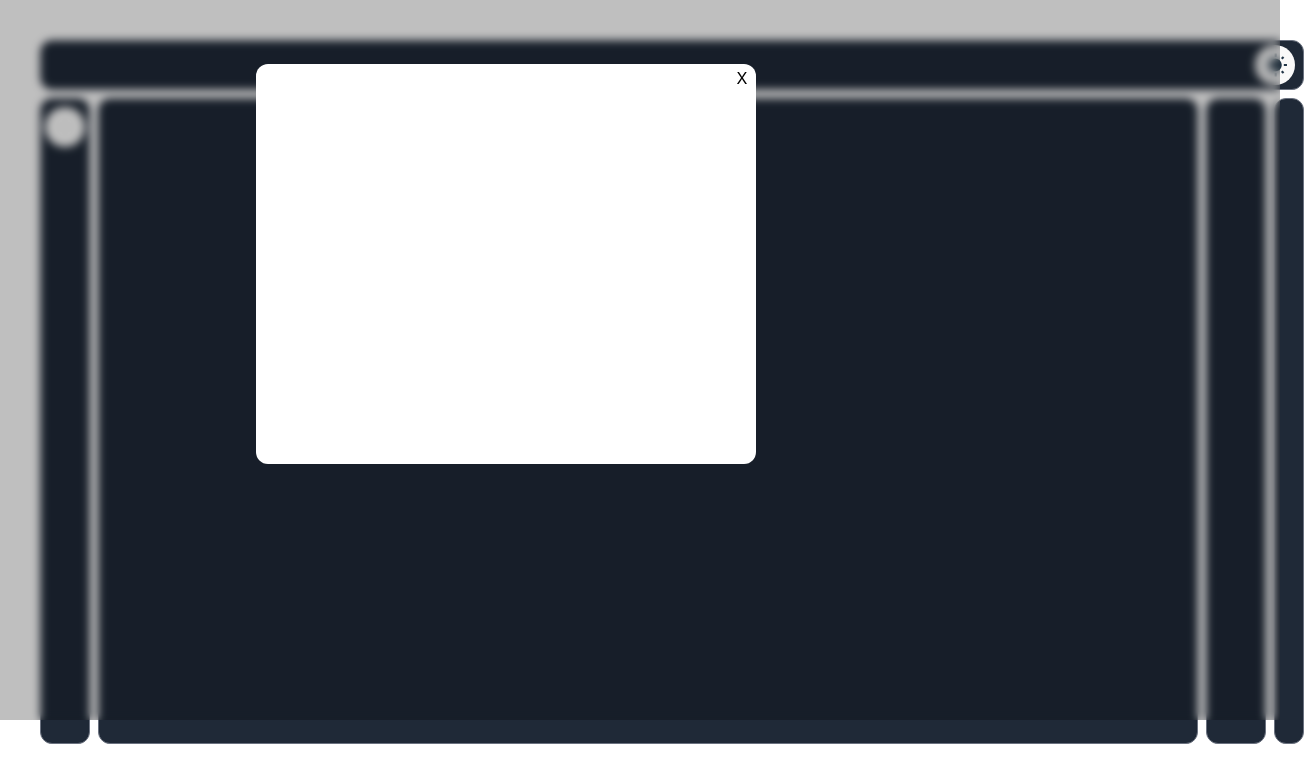
Repository: Wuiserous/Todo-App
Page: /, after clicking the first element matching `button.w-10`
An editor plug-in stored every save of this project. The page is shown before and after the next save, followed by the edit.
The browser window is 1280 px wide. The page is 1312 px wide, so the pictures cover 1312 px, including what lies to the right of the window. The pictures show the whole page.
The project was rebuilt for these pictures with package versions that can differ from the ones it lists, and the page was loaded fresh each time. Also part of the build but not shown: vite.config.js.

Above is the page before, as saved 2024-11-10 12:42:23.

After the next save:
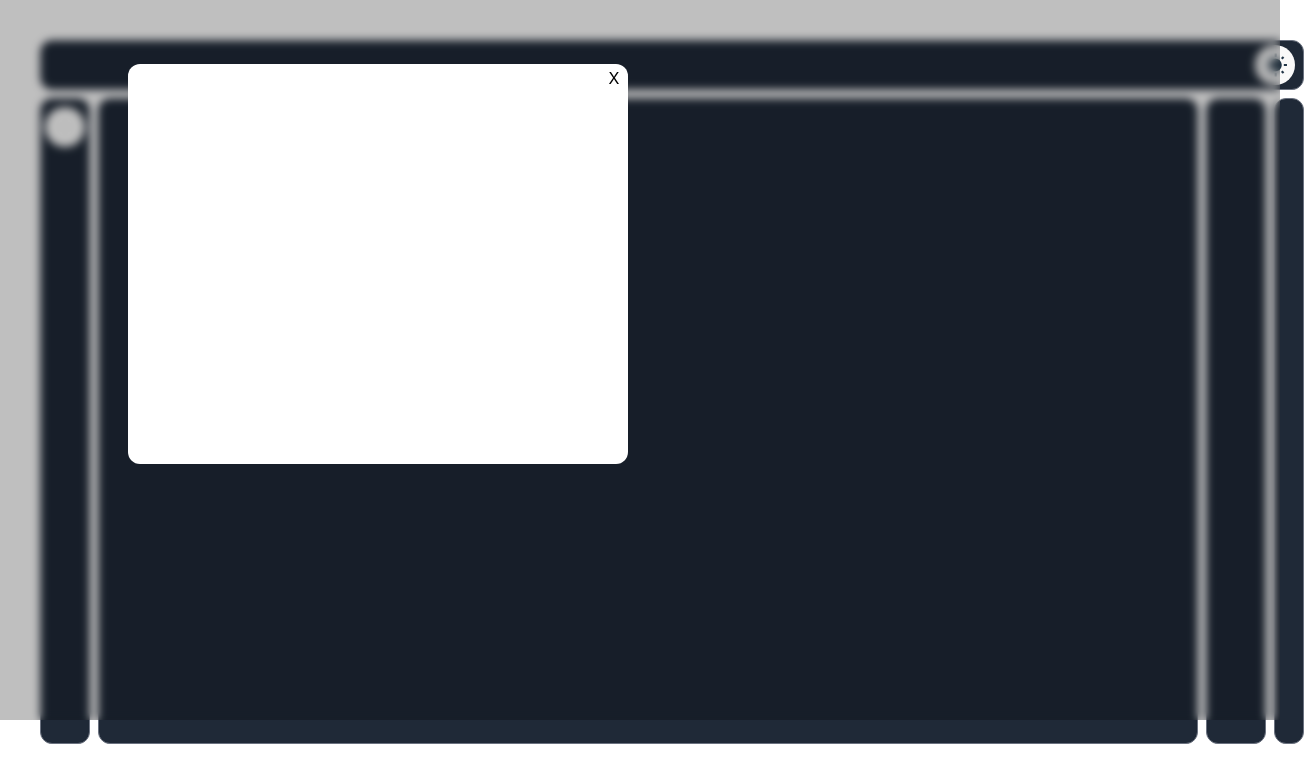
Saved 6 s later.
--- a/src/components/Modal.jsx
+++ b/src/components/Modal.jsx
@@ -26,7 +26,7 @@ export default function Modal(props) {
         onClick={hide}
       >
         <div
-          className={`relative w-[500px] top-16 left-[20%] h-[400px] bg-white rounded-xl flex flex-col justify-center items-center text-black transform transition-all duration-500 ${
+          className={`relative w-[500px] top-16 left-[10%] h-[400px] bg-white rounded-xl flex flex-col justify-center items-center text-black transform transition-all duration-500 ${
             isVisible ? "scale-100 opacity-100" : "scale-50 opacity-0"
           }`}
         >
